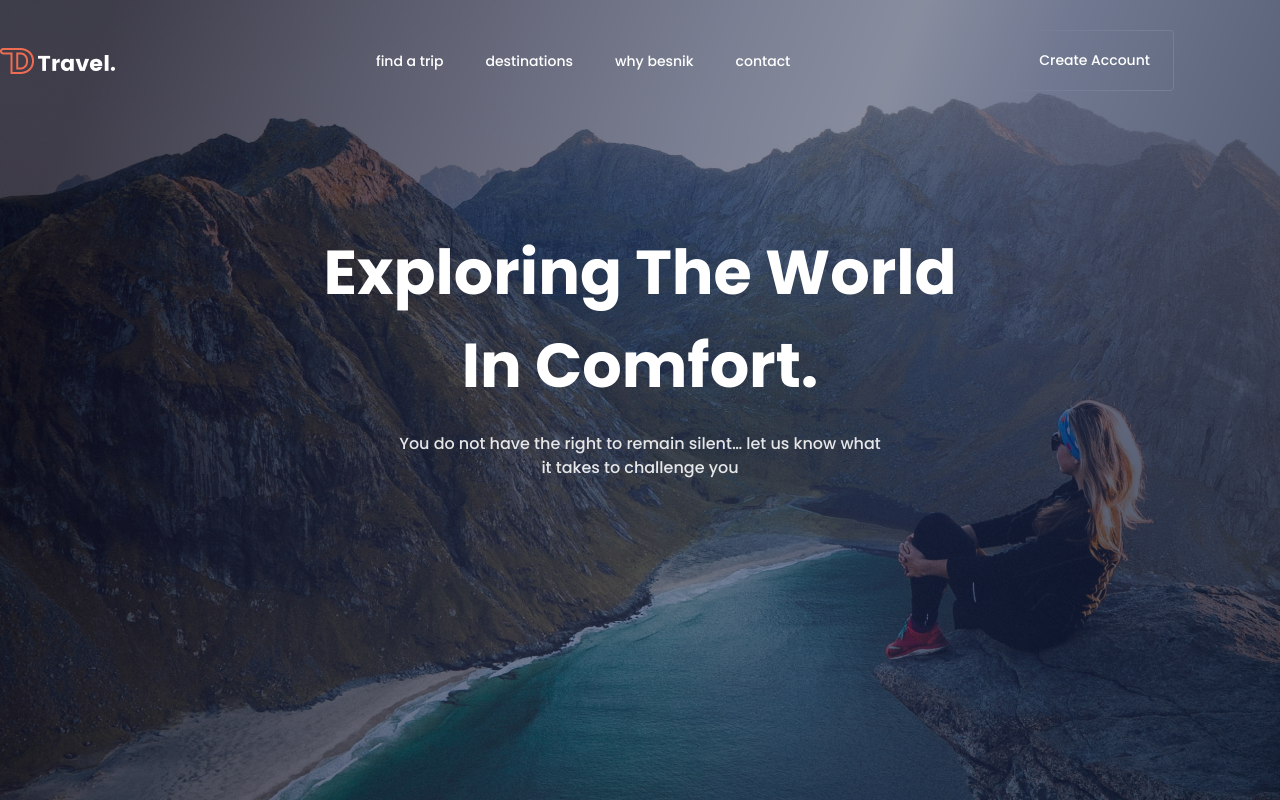
Repository: hoang0508/LandingPage-CodeTravel2
Page: index.html
These files come from the project's save history. The page is drawn as it stood at one moment and after the next save; the edit follows.
The browser window is 1280 px wide. The pictures show the whole page.
The style sheet was rebuilt from its Sass, Less or Tailwind sources for each picture, by a compiler version that may differ from the author's.

Above is the page before, as saved 2022-09-15 15:53:54.

### index.html
<!DOCTYPE html>
<html lang="en">
  <head>
    <meta charset="UTF-8" />
    <meta http-equiv="X-UA-Compatible" content="IE=edge" />
    <meta name="viewport" content="width=device-width, initial-scale=1.0" />
    <title>Travale LandingPage</title>
    <link rel="stylesheet" href="./css/style.css" />
  </head>
  <body>
    <div class="wrapper">
      <!-- HEADER -->
      <header class="header">
        <div class="container">
          <div class="header-main">
            <div class="header-logo">
              <img src="./images/Logo.png" alt="Logo" />
            </div>
            <nav class="header-menu">
              <ul class="header-menu--list">
                <li class="header-menu--item">
                  <a href="#" class="header-menu--link">FIND A TRIP</a>
                </li>
                <li class="header-menu--item">
                  <a href="#" class="header-menu--link">DESTINATIONS</a>
                </li>
                <li class="header-menu--item">
                  <a href="#" class="header-menu--link">WHY BESNIK</a>
                </li>
                <li class="header-menu--item">
                  <a href="#" class="header-menu--link">CONTACT</a>
                </li>
              </ul>
            </nav>
            <button class="button button-acount">Create Account</button>
          </div>

          <div class="header-content">
            <h1 class="header-content--title">
              Exploring The World In Comfort.
            </h1>
            <p class="header-content--desc">
              You do not have the right to remain silent… let us know what it
              takes to challenge you
            </p>
          </div>
        </div>
      </header>
    </div>
  </body>
</html>

### sass/main.scss
@import "reset";
@import "variable";
@import "typography";
@import "base";
@import "global";
@import "header";

### sass/_reset.scss
*,
*::before,
*::after {
  box-sizing: border-box;
}
* {
  margin: 0;
  padding: 0;
  font: inherit;
}
body {
  line-height: 1.5;
}
img,
picture,
video,
canvas,
svg {
  display: block;
  max-width: 100%;
}
input,
button,
textarea,
select {
  outline: none;
}
p,
h1,
h2,
h3,
h4,
h5,
h6 {
  overflow-wrap: break-word;
}

a {
  text-decoration: none;
}

ul,
li {
  list-style: none;
}

### sass/_variable.scss
$text-white: #fff;
$primary-color: #34a5e4;

### sass/_typography.scss
@font-face {
  font-family: "Poppins";
  src: url("../fonts/Poppins-Regular.ttf") format("opentype");
  font-style: normal;
  font-display: auto;
  font-weight: 400;
}

@font-face {
  font-family: "Poppins";
  src: url("../fonts/Poppins-Light.ttf") format("opentype");
  font-style: normal;
  font-display: auto;
  font-weight: 300;
}

@font-face {
  font-family: "Poppins";
  src: url("../fonts/Poppins-Medium.ttf") format("opentype");
  font-style: normal;
  font-display: auto;
  font-weight: 500;
}

@font-face {
  font-family: "Poppins";
  src: url("../fonts/Poppins-SemiBold.ttf") format("opentype");
  font-style: normal;
  font-display: auto;
  font-weight: 600;
}

@font-face {
  font-family: "Poppins";
  src: url("../fonts/Poppins-Thin.ttf") format("opentype");
  font-style: normal;
  font-display: auto;
  font-weight: 100;
}

@font-face {
  font-family: "Poppins";
  src: url("../fonts/Poppins-Bold.ttf") format("opentype");
  font-style: normal;
  font-display: auto;
  font-weight: 700;
}

### sass/_base.scss
body {
  font-family: "Poppins", sans-serif;
  font-weight: 500;
}

.wrapper {
  max-width: 1600px;
  margin: 0 auto;
}

.container {
  max-width: 1280px;
  margin: 0 auto;
}

### sass/_global.scss
button.button {
  display: inline-block;
  border: 0;
  cursor: pointer;
  color: $text-white;
  &-acount {
    background-color: transparent;
    padding: 19px 23px;
    border: 1.5px solid #777f96;
    border-radius: 4px;
    font-size: 14px;
  }
}

### sass/_header.scss
.header {
  background-image: url("../images/header-img.png");
  min-height: 800px;
  background-size: cover;
  background-repeat: repeat;
  padding-top: 30px;
  &-main {
    display: flex;
    align-items: center;
    margin-bottom: 135px;
  }
  &-logo {
    margin-right: 261px;
  }
  &-menu {
    &--list {
      display: flex;
      align-items: center;
      gap: 0 42px;
      margin-right: 225px;
    }
    &--link {
      color: $text-white;
      text-transform: lowercase;
      font-size: 14px;
    }
  }
  &-content {
    text-align: center;
    &--title {
      max-width: 640px;
      width: 100%;
      margin: 0 auto;
      font-size: 62px;
      font-weight: 700;
      color: $text-white;
      margin-bottom: 20px;
    }
    &--desc {
      max-width: 493px;
      margin: 0 auto;
      color: #ffffff;
      font-weight: 500;
      mix-blend-mode: normal;
      opacity: 0.88;
    }
  }
}

After the next save:
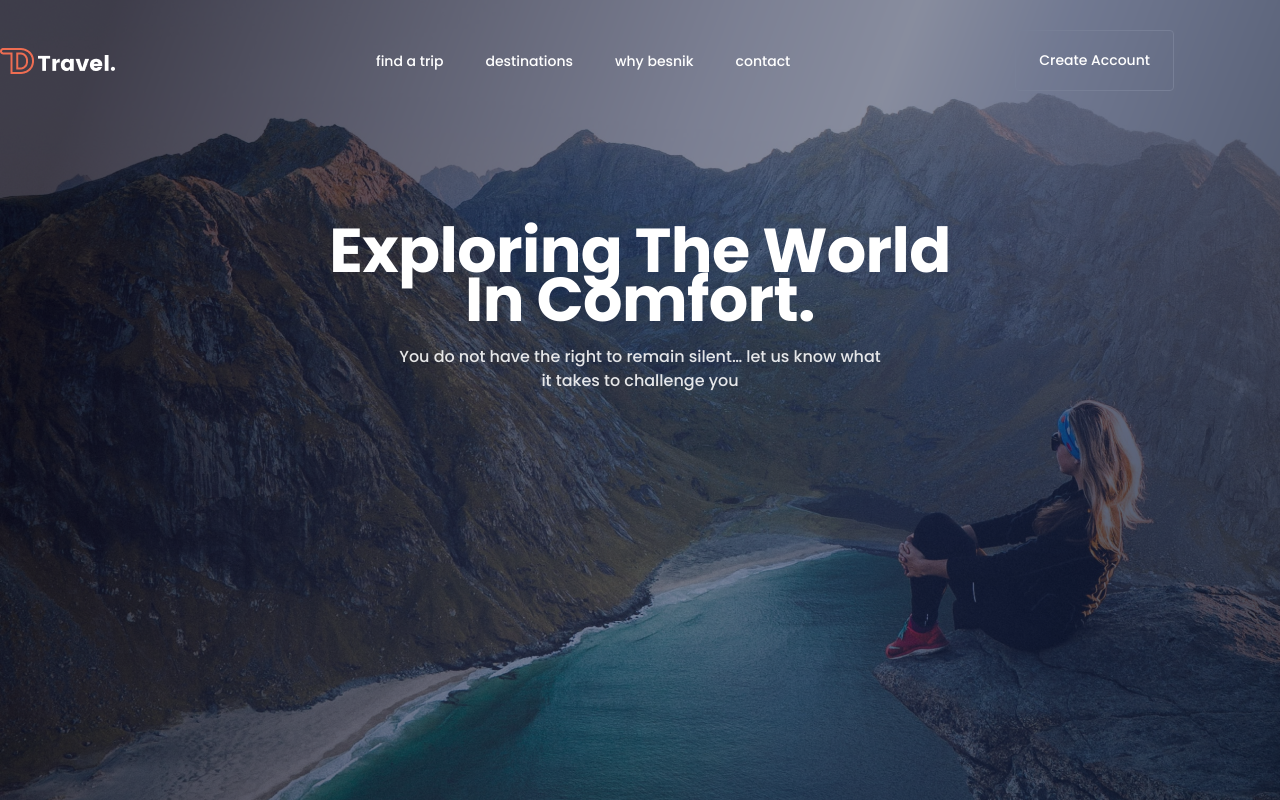
Saved 5 min 22 s later.
--- a/sass/_header.scss
+++ b/sass/_header.scss
@@ -35,6 +35,8 @@
       font-weight: 700;
       color: $text-white;
       margin-bottom: 20px;
+      letter-spacing: -0.01em;
+      line-height: calc(62 / 78);
     }
     &--desc {
       max-width: 493px;
